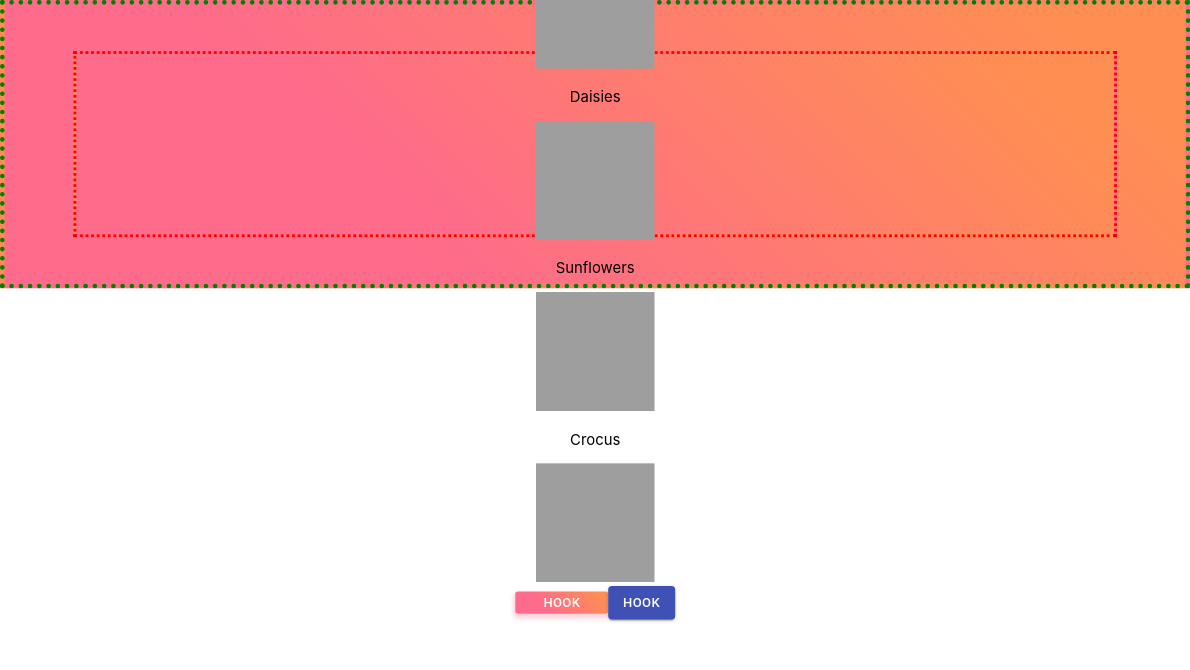
Repository: DevLuDaley/react-flower-shop
Page: /
The author's editor kept a copy of each file at every save. The page is drawn from the files as they stood at one save, then again after the next save.
The browser window is 1280 px wide. The pictures show the whole page, at 93% of full size.
Pictures or frames that could not be fetched are drawn as grey boxes. The project was rebuilt for these pictures with package versions that can differ from the ones it lists, and the page was loaded fresh each time.

Above is the page before, as saved 2021-02-19 21:47:12.

### src/App.js
// import './App.css';
import Grid from '@material-ui/core/Grid';
import Container from '@material-ui/core/Container';
import { makeStyles } from '@material-ui/core/styles';

// // or
// import { Grid } from '@material-ui/core';
//  import FlowerGallery from './components/FlowerGallery'
 import FlowersContainer from './Containers/FlowersContainer'


const useStyles = makeStyles({
  root: {
    background: 'linear-gradient(45deg, #FE6B8B 30%, #FF8E53 90%)',
    display: 'flex',
    justifyContent: 'center',
    alignItems: 'center',
    textAlign: 'center',
    height: '200px',
    border: '5px dotted green',
    padding: '50px'
  },
});

function App() {
  const classes = useStyles();
  return (
    <Grid className={classes.root}>
      <Container>
      <FlowersContainer/>
        {/* <FlowerGallery/> */}
      </Container>
    </Grid>
  );
}

export default App;

### src/Containers/FlowersContainer.js
import React from 'react';
import Grid from '@material-ui/core/Grid';
import Container from '@material-ui/core/Container';
import { makeStyles } from '@material-ui/core/styles';


import FlowerGallery from '../components/FlowerGallery'


const useStyles = makeStyles({
  root: {
    background: 'linear-gradient(45deg, #FE6B8B 30%, #FF8E53 90%)',
    // border: 0,
    // borderRadius: 3,
    // boxShadow: '0 3px 5px 2px rgba(255, 105, 135, .3)',
    // color: 'white',
    // height: "auto",
    padding: '0 30px',
    display: 'flex',
    justifyContent: 'center',
    alignItems: 'center',
    textAlign: 'center',
    height: '200px',
    border: '3px dotted red'
  },
});


const FlowersContainer = () => {
    const classes = useStyles();
    return (

        <Grid>
            <Container className={classes.root}>
                <FlowerGallery/>
            </Container>
        </Grid>


     );
}

export default FlowersContainer;

### src/components/FlowerGallery.js
import React from 'react';
import { makeStyles } from '@material-ui/core/styles';

// import FlowerGalleryStyles from './FlowerGalleryStyles'
// import Button from materialmaterial
import Button from '@material-ui/core/Button';
import Container from '@material-ui/core/Container';

const useStyles = makeStyles({
  root: {
    background: 'linear-gradient(45deg, #FE6B8B 30%, #FF8E53 90%)',
    border: 0,
    borderRadius: 3,
    boxShadow: '0 3px 5px 2px rgba(255, 105, 135, .3)',
    color: 'white',
    // height: 48,
    padding: '0 30px',
  },
});

const FlowerGallery = () => {
      const classes = useStyles();
    // const classes = FlowerGalleryStyles()

const flowerList = [
  {id: 1, name: 'Red Roses', imageUrl: 'https://images.unsplash.com/photo-1548094967-e25a127d1f6d?ixid=MXwxMjA3fDB8MHxwaG90by1wYWdlfHx8fGVufDB8fHw%3D&ixlib=rb-1.2.1&auto=format&fit=crop&w=1137&q=80' , rating: 5},
  {id: 2, name: 'Tulips', imageUrl: 'https://images.unsplash.com/photo-1610444028097-40d9858bb44f?ixid=MXwxMjA3fDB8MHxwaG90by1wYWdlfHx8fGVufDB8fHw%3D&ixlib=rb-1.2.1&auto=format&fit=crop&w=1234&q=80', rating: 4},
  {id: 3, name: 'Daisies', imageUrl: 'https://images.unsplash.com/photo-1607061868914-e38515be98cb?ixid=MXwxMjA3fDB8MHxwaG90by1wYWdlfHx8fGVufDB8fHw%3D&ixlib=rb-1.2.1&auto=format&fit=crop&w=1091&q=80', rating: 4},
  {id: 4, name: 'Sunflowers', imageUrl: 'https://images.unsplash.com/photo-1598459832065-1e43b2283799?ixid=MXwxMjA3fDB8MHxzZWFyY2h8Nnx8c3VuZmxvd2VyJTIwYm9xdWV0fGVufDB8fDB8&ixlib=rb-1.2.1&auto=format&fit=crop&w=1200&q=60', rating: 5},
  {id: 5, name: 'Crocus', imageUrl: 'public/images/red-roses-bhttps://images.unsplash.com/photo-1488979246948-f4b573b1fae8?ixid=MXwxMjA3fDB8MHxzZWFyY2h8NXx8Y3JvY3VzfGVufDB8fDB8&ixlib=rb-1.2.1&auto=format&fit=crop&w=1200&q=60', rating: 5}

]

    return (
        <Container>
        <h1>This is a flower Gallery</h1>
        <section className="flower-cards">
        {flowerList ? flowerList.map(flower =>
          <div>
              <p>{flower.name}</p>
              <img src={flower.imageUrl} alt='photo of red roses' style={{width:"128px", height: "128px"}}></img>
          </div>
        )
        : <p className="no-data-message"> No Flowers Yet</p>
        }


        </section>
        <Button className={classes.root}>Hook</Button>
        <Button variant="contained" color="primary">Hook</Button>
      </Container>
      );
}

export default FlowerGallery;
// FlowerGalleryStyles

Loaded but not shown: public/index.html (common file); src/index.js (common file); src/index.css (common file); src/reportWebVitals.js (common file)

After the next save:
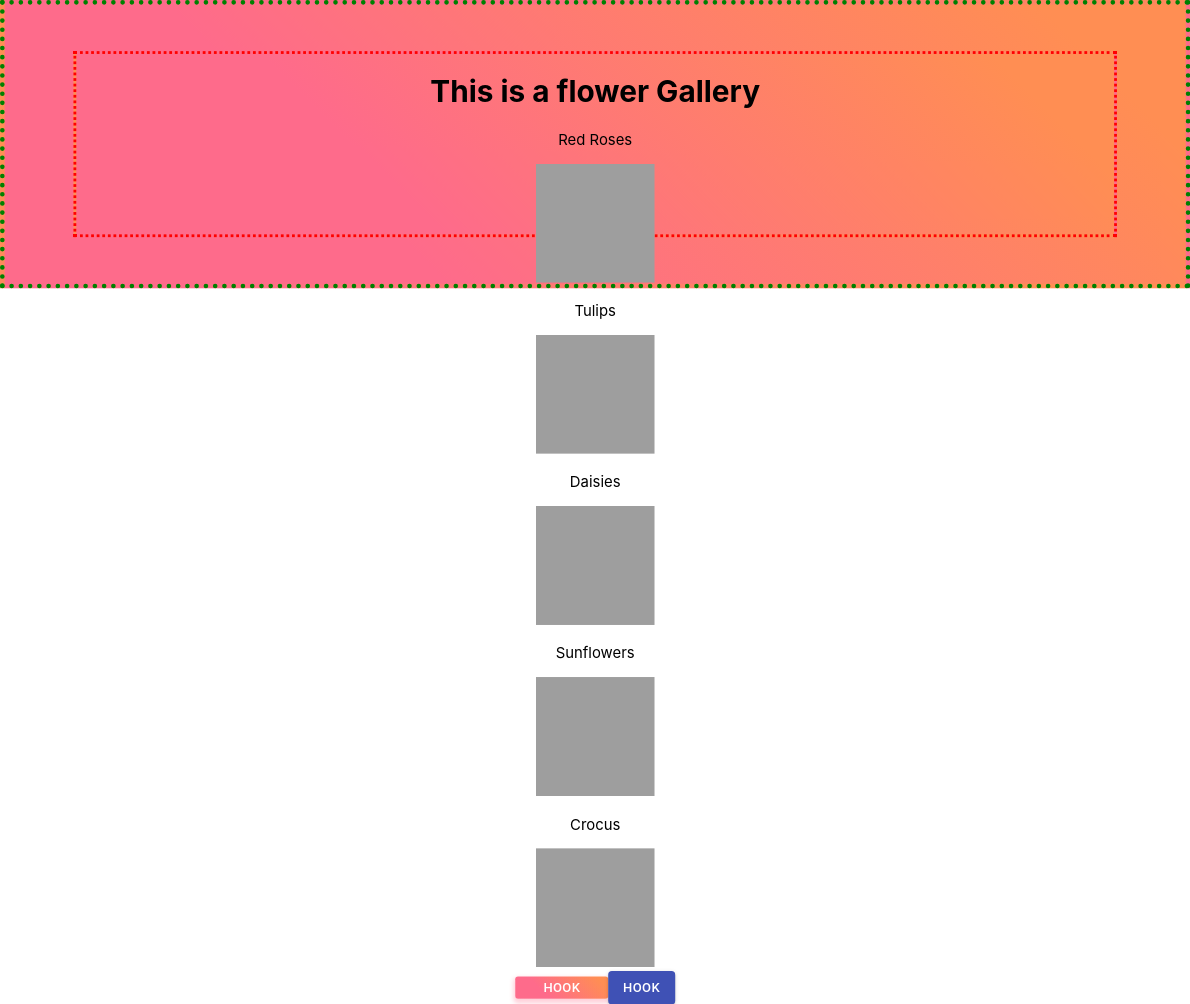
Saved 4 s later.
--- a/src/Containers/FlowersContainer.js
+++ b/src/Containers/FlowersContainer.js
@@ -16,7 +16,7 @@ const useStyles = makeStyles({
     // color: 'white',
     // height: "auto",
     padding: '0 30px',
-    display: 'flex',
+    // display: 'flex',
     justifyContent: 'center',
     alignItems: 'center',
     textAlign: 'center',
